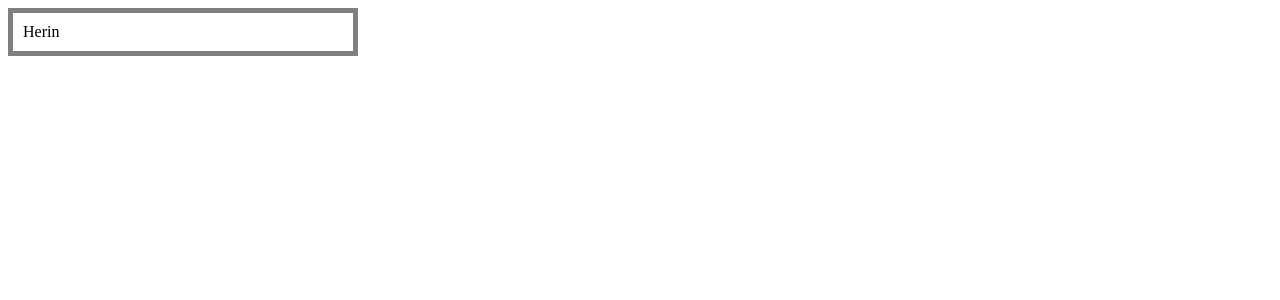
Repository: parkh899/parkh899.github.io
Page: studio/closet_space.html
The author's editor kept a record of every edit. The page is drawn from the files as they stood at one moment, then again after the next edit.
The browser window is 1280 px wide. The pictures show the whole page.

Above is the page before.

After the next edit:
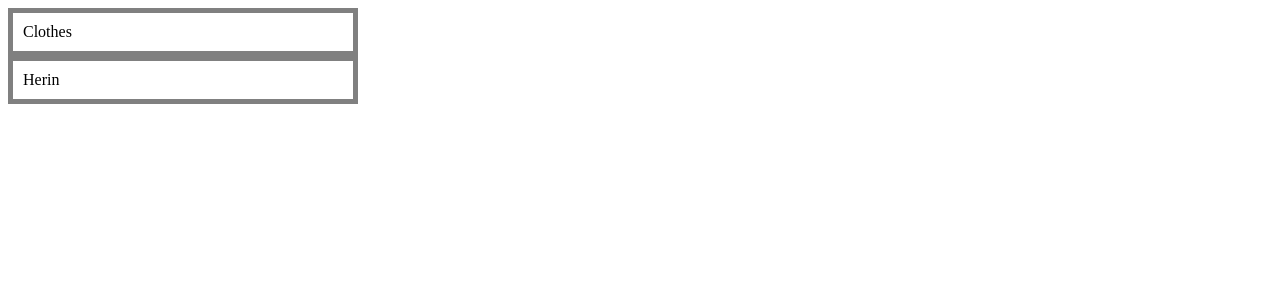
The edit:
--- a/studio/closet_space.html
+++ b/studio/closet_space.html
@@ -12,6 +12,26 @@
 <div class="box">
 
 
+
+<!DOCTYPE html>
+<html>
+<head>
+<style>
+div {
+    background-color: lightgrey;
+    width: 300px;
+    padding: 25px;
+    border: 25px solid navy;
+    margin: 25px;
+}
+</style>
+</head>
+<body>
+
+<div>Clothes</div>
+
+</body>
+</html>
 </style>
 </head>
 <body>
